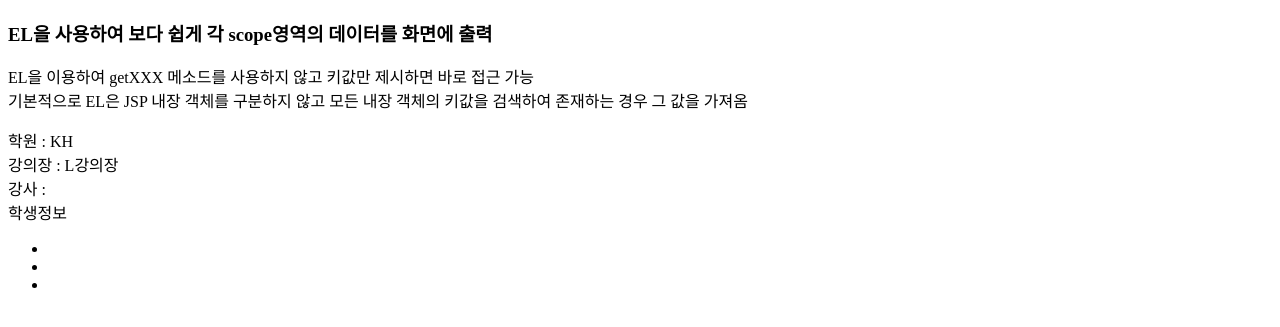
Repository: hailey-516/servlet
Page: http://localhost/3_elAction/el.do
The author's editor kept a copy of each file at every save. The page is drawn from the files as they stood at one save, then again after the next save.
The browser window is 1280 px wide. The pictures show the whole page.
The page is served by Tomcat 9.

Above is the page before, as saved 2024-08-26 03:10:47.

### 3_elAction/src/main/webapp/views/1_EL/01_el.jsp
<%@ page language="java" contentType="text/html; charset=UTF-8"
    pageEncoding="UTF-8"%>
<%@ page import="com.kh.model.vo.Person" %>
<!DOCTYPE html>
<html>
<head>
<meta charset="UTF-8">
<title>EL 기본구문</title>
</head>
<body>
	<%--
	<h3>기존 방식(스크립트릿, 표현식)으로 각 scope에 저장된 데이터 화면에 출력</h3>
	<%
		// 스크립트릿 : 자바 코드를 사용할 수 있는 영역

		// request scope에서 데이터 가져오기
		String classRoom = (String)request.getAttribute("classRoom");
		Person student = (Person)request.getAttribute("student");

		// session scope에서 데이터 가져오기
		String academy = (String)session.getAttribute("academy");
		Person teacher = (Person)session.getAttribute("teacher");
	%>
	<p>
		학원 : <%= academy %><br>
		강의장 : <%= classRoom %><br>
		강사 : <%= teacher.getName() %>,
				<%= teacher.getAge() %>,
				<%= teacher.getGender() %> <br>

		학생 정보
		<ul>
			<li><%= student.getName() %></li>
			<li><%= student.getAge() %></li>
			<li><%= student.getGender() %></li>
		</ul>
	</p>
	--%>

	<h3>EL을 사용하여 보다 쉽게 각 scope영역의 데이터를 화면에 출력</h3>
	<p>
		EL을 이용하여 getXXX 메소드를 사용하지 않고 키값만 제시하면 바로 접근 가능 <br>
		기본적으로 EL은 JSP 내장 객체를 구분하지 않고 모든 내장 객체의 키값을 검색하여 존재하는 경우
		그 값을 가져옴
	</p>

	<p>
		학원 : ${ academy }<br>
		강의장 : ${ classRoom } <br>
		강사 : <br>
		학생정보
		<ul>
			<li></li>
			<li></li>
			<li></li>
		</ul>
	</p>

</body>
</html>

### 3_elAction/src/main/java/com/kh/controller/ElServlet.java
package com.kh.controller;

import java.io.IOException;

import javax.servlet.ServletContext;
import javax.servlet.ServletException;
import javax.servlet.annotation.WebServlet;
import javax.servlet.http.HttpServlet;
import javax.servlet.http.HttpServletRequest;
import javax.servlet.http.HttpServletResponse;
import javax.servlet.http.HttpSession;

import com.kh.model.vo.Person;

/**
 * Servlet implementation class ElServlet
 */
@WebServlet("/el.do")
public class ElServlet extends HttpServlet {
	private static final long serialVersionUID = 1L;

    /**
     * @see HttpServlet#HttpServlet()
     */
    public ElServlet() {
        super();
        // TODO Auto-generated constructor stub
    }

	/**
	 * @see HttpServlet#doGet(HttpServletRequest request, HttpServletResponse response)
	 */
	protected void doGet(HttpServletRequest request, HttpServletResponse response) throws ServletException, IOException {
		/**
		 * JSP 내장객체 종류 (데이터를 담을 수 있는 공간)
		 *
		 * 1. ServletContext (application scope)
		 *   : 한 어플리케이션당 단 1개 존재하는 객체
		 *     해당 영역에 데이터를 담을 경우 어플리케이션 전역에서 사용이 가능
		 *     공유 범위가 가장 큼!
		 *
		 * 2. HttpSession (session scope)
		 *    : 한 브라우저당 1개 존재하는 객체
		 *      해당 영역에 데이터를 담을 경우 jsp/servlet 단에서 사용 가능
		 *
		 * 3. HttpServletRequest (request scope)
		 *    : 요청마다 매번 생성되는 객체
		 *      해당 영역에 데이터를 담으면 request객체를 포워딩 받는 응답 jsp에서만 사용 가능
		 *
		 * 4. PageContext (page scope)
		 *    : jsp마다 존재하는 객체
		 *      공유범위가 가장 작음 (해당 페이지에서만 사용)
		 *
		 * ******************
		 * - 위의 4개의 객체들에
		 *   데이터를 담을 때 xxx.setAttribute("키", 데이터);
		 *   데이터를 꺼낼 때 xxx.getAttribute("키");
		 *   데이터를 삭제할 때 xxx.removeAttribute("키");
		 */

		// request scope에 데이터 담기
		request.setAttribute("classRoom", "L강의장");
		request.setAttribute("student", new Person("기다운", 30, "남자"));

		// session scope에 데이터 담기
		HttpSession session = request.getSession();
		session.setAttribute("academy", "KH");
		session.setAttribute("teacher", new Person("강사님", 20, "여자"));

		// request, session scope에 동일한 키값으로 데이터 담기
		request.setAttribute("scope", "request!");
		session.setAttribute("scope", "session!!");

		// application scope에 데이터 담기
		ServletContext application = request.getServletContext();
		application.setAttribute("scope", "Application~");

		// 응답페이지를 지정하여 해당 페이지가 포워딩되도록 설정
		request.getRequestDispatcher("views/1_EL/01_el.jsp").forward(request, response);
	}

	/**
	 * @see HttpServlet#doPost(HttpServletRequest request, HttpServletResponse response)
	 */
	protected void doPost(HttpServletRequest request, HttpServletResponse response) throws ServletException, IOException {
		// TODO Auto-generated method stub
		doGet(request, response);
	}

}

### 3_elAction/src/main/java/com/kh/model/vo/Person.java
package com.kh.model.vo;

public class Person {
	// 필드부 (변수)
	private String name;
	private int age;
	private String gender;

	// 생성자부
	public Person() {

	}

	public Person(String name, int age, String gender) {
		this.name = name;
		this.age = age;
		this.gender = gender;
	}

	// 메소드부
	// getter/setter
	public String getName() {
		return name;
	}

	public void setName(String name) {
		this.name = name;
	}

	public int getAge() {
		return age;
	}

	public void setAge(int age) {
		this.age = age;
	}

	public String getGender() {
		return gender;
	}

	public void setGender(String gender) {
		this.gender = gender;
	}

	// toString() => 필드부에 저장된 값들을 확인하는 용도
	@Override
	public String toString() {
		return "Person [name=" + name + ", age=" + age + ", gender=" + gender + "]";
	}

}

After the next save:
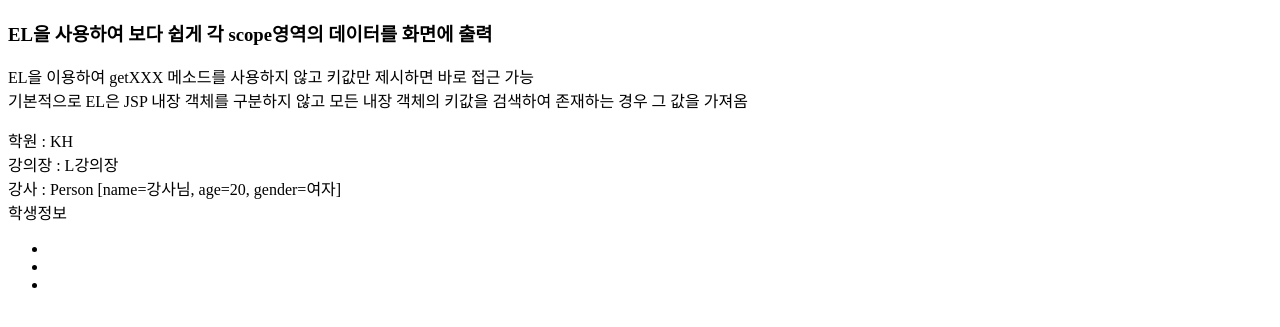
Saved 34 s later.
--- a/3_elAction/src/main/webapp/views/1_EL/01_el.jsp
+++ b/3_elAction/src/main/webapp/views/1_EL/01_el.jsp
@@ -47,10 +47,10 @@
 	<p>
 		학원 : ${ academy }<br>
 		강의장 : ${ classRoom } <br>
-		강사 : <br>
+		강사 : ${ teacher }<br>
 		학생정보
 		<ul>
-			<li></li>
+			<li>${ name }</li>
 			<li></li>
 			<li></li>
 		</ul>
